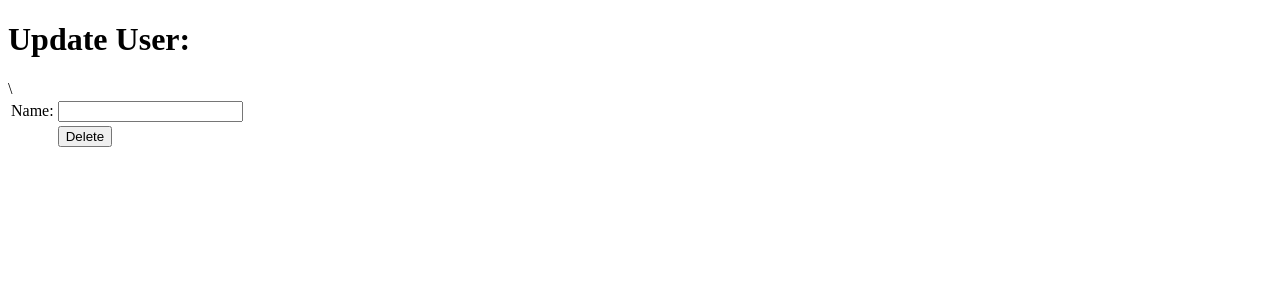
Repository: kirankumarrr/javaServlet
Page: UserApp/WebContent/deleteUser.html
An editor plug-in stored every save of this project. The page is shown before and after the next save, followed by the edit.
The browser window is 1280 px wide. The pictures show the whole page.

Above is the page before, as saved 2019-06-05 06:04:13.

### UserApp/WebContent/deleteUser.html
<!DOCTYPE html>
<html>
<head>
<meta charset="UTF-8">
<title>Update User</title>
</head>
<body>
	<h1>Update User:</h1>
	<form method="post" action="deletedServlet">
		<table>
			<tr>
				<td>Name:</td>
				<td><input name="name" /></td>
			</tr>\
			<tr>
				<td />
				<td><input type="submit" value="Delete" /></td>
		</table>
	</form>
</body>
</html>

After the next save:
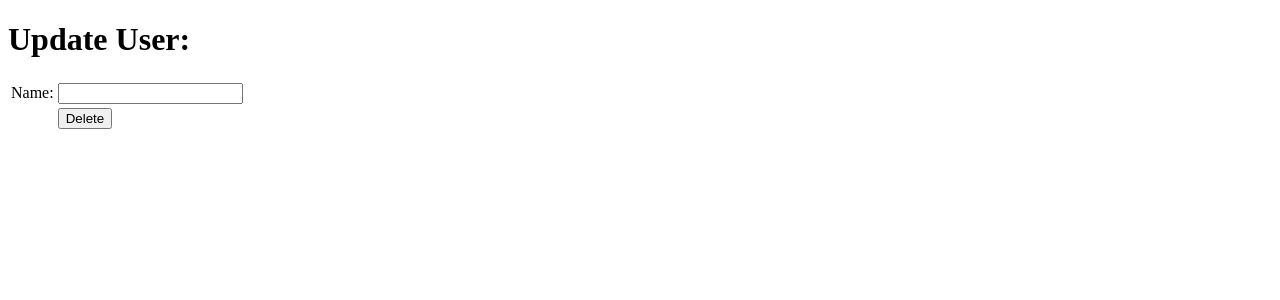
Saved 10 s later.
--- a/UserApp/WebContent/deleteUser.html
+++ b/UserApp/WebContent/deleteUser.html
@@ -11,7 +11,7 @@
 			<tr>
 				<td>Name:</td>
 				<td><input name="name" /></td>
-			</tr>\
+			</tr>
 			<tr>
 				<td />
 				<td><input type="submit" value="Delete" /></td>
